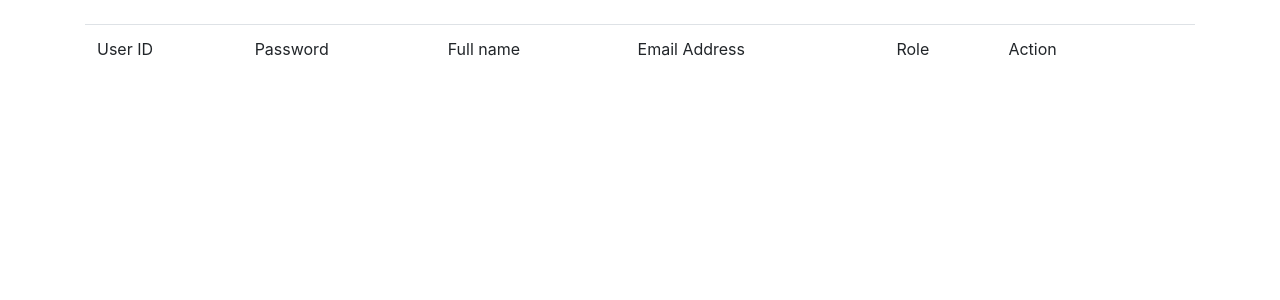
Repository: Hai-Nguyen-21/CRUD_Hibernate
Page: http://localhost/CRUD_Hibernate/views/showUser.jsp
An editor plug-in stored every save of this project. The page is shown before and after the next save, followed by the edit.
The browser window is 1280 px wide. The pictures show the whole page.
The page is served by Tomcat 9.

Above is the page before, as saved 2021-09-05 05:33:51.

After the next save:
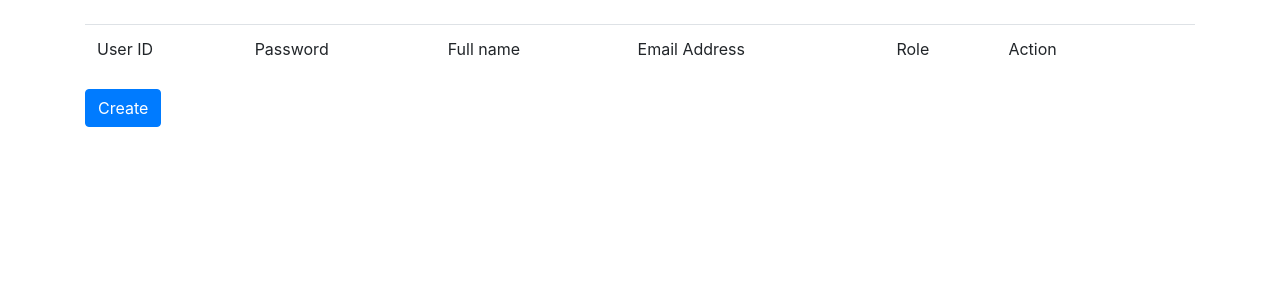
Saved 7 min 14 s later.
--- a/CRUD_Hibernate/src/main/webapp/views/showUser.jsp
+++ b/CRUD_Hibernate/src/main/webapp/views/showUser.jsp
@@ -41,14 +41,16 @@
 							<td>${o.emailU}</td>
 							<td>${o.adminU}</td>
 							<td><a class="btn_update" href="update?idSV=${o.idU}">UPDATE</a>
-								& <a class="btn_del" href="delete?idSV=${o.idU}">DELETE</a>
-								<%-- khi bấm vào delete, sẽ truyền về servlet delSV
+								& <a class="btn_del" href="delete?idSV=${o.idU}">DELETE</a> <%-- khi bấm vào delete, sẽ truyền về servlet delSV
 							1 biến iSV, dấu ? kia thể hiện 1 biến --%></td>
 							<td>&nbsp;</td>
 						</tr>
 					</c:forEach>
 
 				</table>
+				<div class=form-froup>
+					<button class="btn btn-primary" formaction="/UserServlet/create">Create</button>
+				</div>
 			</div>
 		</div>
 	</main>
